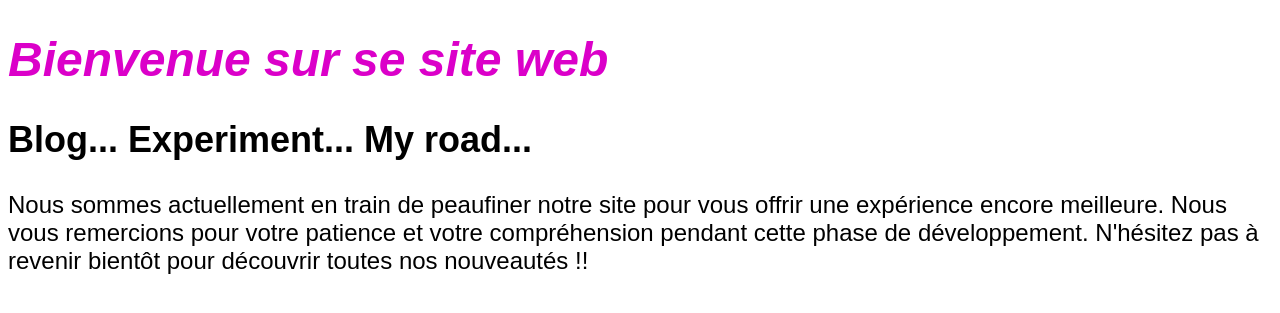
Repository: ValetteEvan/PersonalWebApp
Page: index.html
These files come from the project's save history. The page is drawn as it stood at one moment and after the next save; the edit follows.
The browser window is 1280 px wide. The pictures show the whole page.

Above is the page before, as saved 2025-01-07 17:49:45.

### index.html
<!DOCTYPE html>
<html>

    <head>
        <meta charset="utf-8" />
        <title>Valette Evan</title>
        <link href="style.css" rel="stylesheet">
        <link rel="font_original" href="https://fonts.googleapis.com">
    </head>

    <body>
        <div class="webGlobal">
            <h1>Bienvenue sur se site web</h1>
            <h2>Blog... Experiment... My road...</h2>
                <p class="firstParagraph">Nous sommes actuellement en train de peaufiner notre site pour
                 vous offrir une expérience encore meilleure. Nous vous remercions
                 pour votre patience et votre compréhension pendant cette phase de
                 développement. N'hésitez pas à revenir bientôt pour découvrir toutes nos nouveautés !!
                </p>
        </div>
    </body>
</html>

### style.css
.webGlobal{
    font-family:'font_original',sans-serif;
    font-size: 1.5em;
    color: rgb(0, 0, 0);
}

h1 {
   font-style:italic;
    color: rgb(219, 0, 201);
}

After the next save:
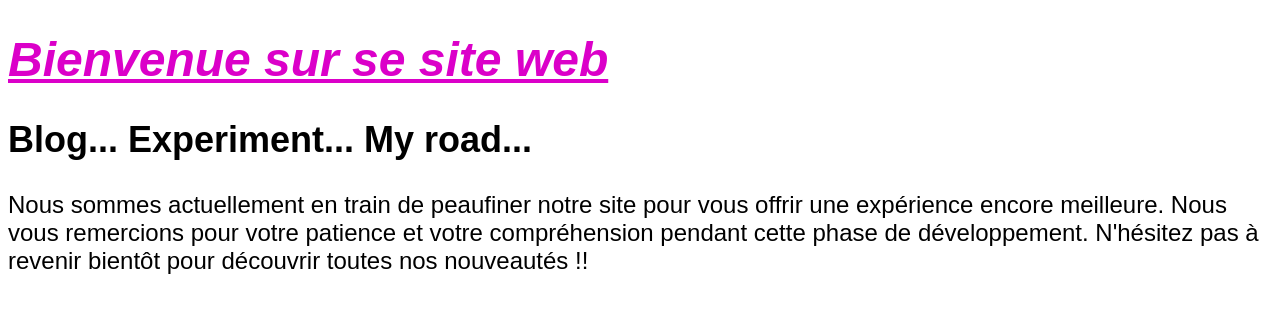
Saved 39 s later.
--- a/style.css
+++ b/style.css
@@ -7,4 +7,5 @@
 h1 {
    font-style:italic;
     color: rgb(219, 0, 201);
+    text-decoration: underline;
 }

After the save that followed:
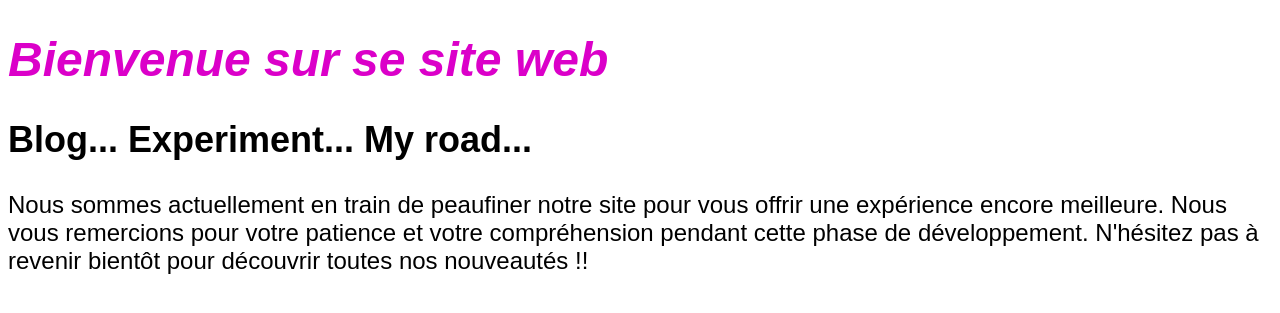
Saved 31 s later.
--- a/style.css
+++ b/style.css
@@ -7,5 +7,5 @@
 h1 {
    font-style:italic;
     color: rgb(219, 0, 201);
-    text-decoration: underline;
+    /*text-decoration: underline;*/
 }
